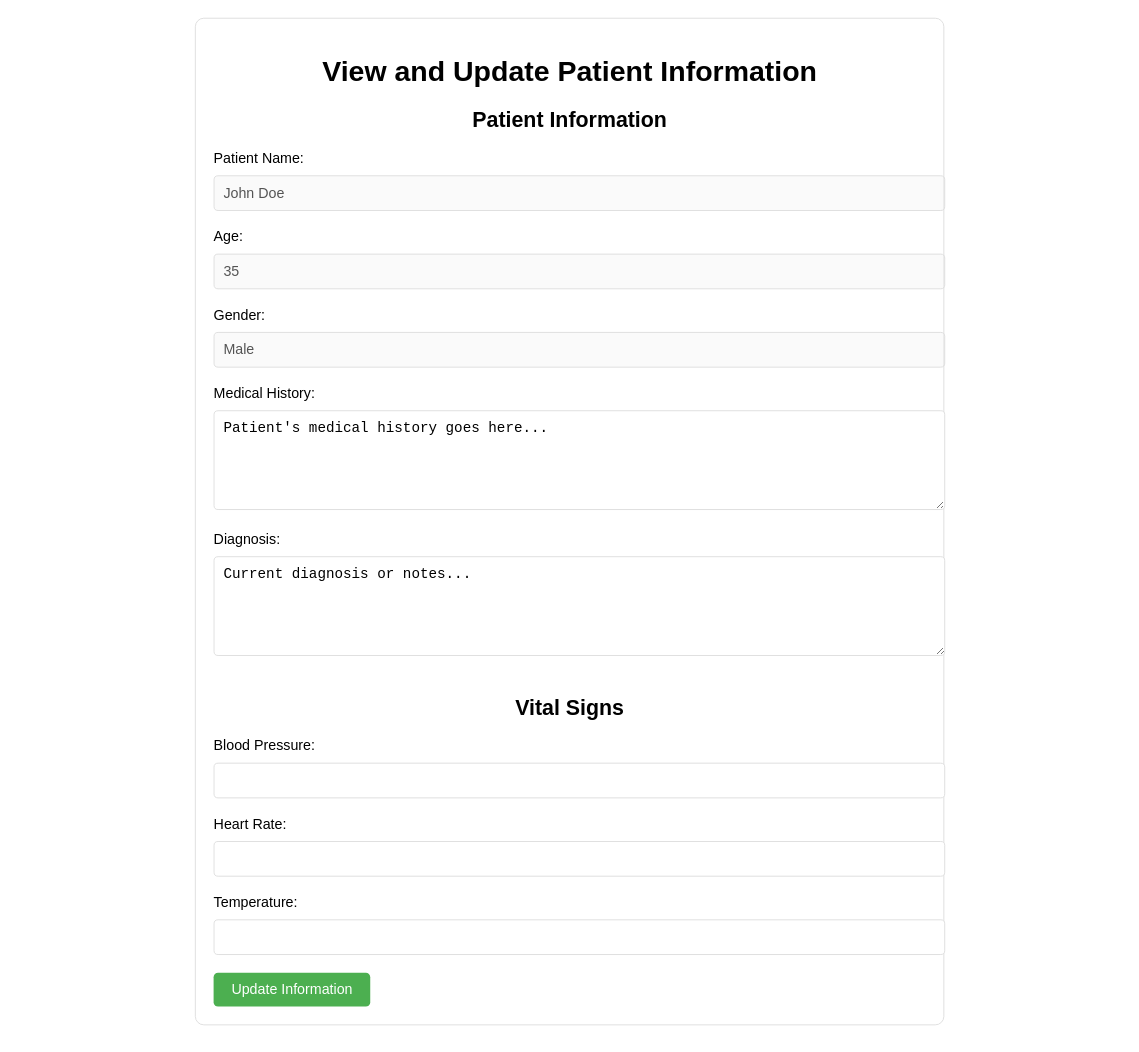
Repository: jaytriggz/Hospital-Management-System
Page: public/view_update_patient_info.html
The author's editor kept a copy of each file at every save. The page is drawn from the files as they stood at one save, then again after the next save.
The browser window is 1280 px wide. The pictures show the whole page, at 89% of full size.

Above is the page before, as saved 2024-07-15 20:08:06.

### public/view_update_patient_info.html
<!DOCTYPE html>
<html lang="en">
<head>
    <meta charset="UTF-8">
    <title>View and Update Patient Information</title>
    <style>
        body {
            font-family: Arial, sans-serif;
            margin: 20px;
        }
        .container {
            max-width: 800px;
            margin: 0 auto;
            padding: 20px;
            border: 1px solid #ddd;
            border-radius: 10px;
        }
        h1, h2 {
            text-align: center;
        }
        label {
            display: block;
            margin-bottom: 10px;
        }
        input[type="text"], textarea {
            width: 100%;
            padding: 10px;
            margin-bottom: 20px;
            border: 1px solid #ddd;
            border-radius: 5px;
            font-size: 16px;
        }
        button {
            padding: 10px 20px;
            background-color: #4CAF50;
            color: white;
            border: none;
            border-radius: 5px;
            cursor: pointer;
            font-size: 16px;
        }
        button:hover {
            background-color: #45a049;
        }
    </style>
</head>
<body>
    <div class="container">
        <h1>View and Update Patient Information</h1>

        <!-- Patient Information Section -->
        <h2>Patient Information</h2>
        <form id="patientInfoForm">
            <label for="patientName">Patient Name:</label>
            <input type="text" id="patientName" name="patientName" value="John Doe" disabled><br>

            <label for="age">Age:</label>
            <input type="text" id="age" name="age" value="35" disabled><br>

            <label for="gender">Gender:</label>
            <input type="text" id="gender" name="gender" value="Male" disabled><br>

            <label for="history">Medical History:</label>
            <textarea id="history" name="history" rows="5">Patient's medical history goes here...</textarea><br>

            <label for="diagnosis">Diagnosis:</label>
            <textarea id="diagnosis" name="diagnosis" rows="5">Current diagnosis or notes...</textarea><br>

            <h2>Vital Signs</h2>
            <label for="bloodPressure">Blood Pressure:</label>
            <input type="text" id="bloodPressure" name="bloodPressure"><br>

            <label for="heartRate">Heart Rate:</label>
            <input type="text" id="heartRate" name="heartRate"><br>

            <label for="temperature">Temperature:</label>
            <input type="text" id="temperature" name="temperature"><br>

            <button type="submit">Update Information</button>
        </form>
    </div>
</body>
</html>

After the next save:
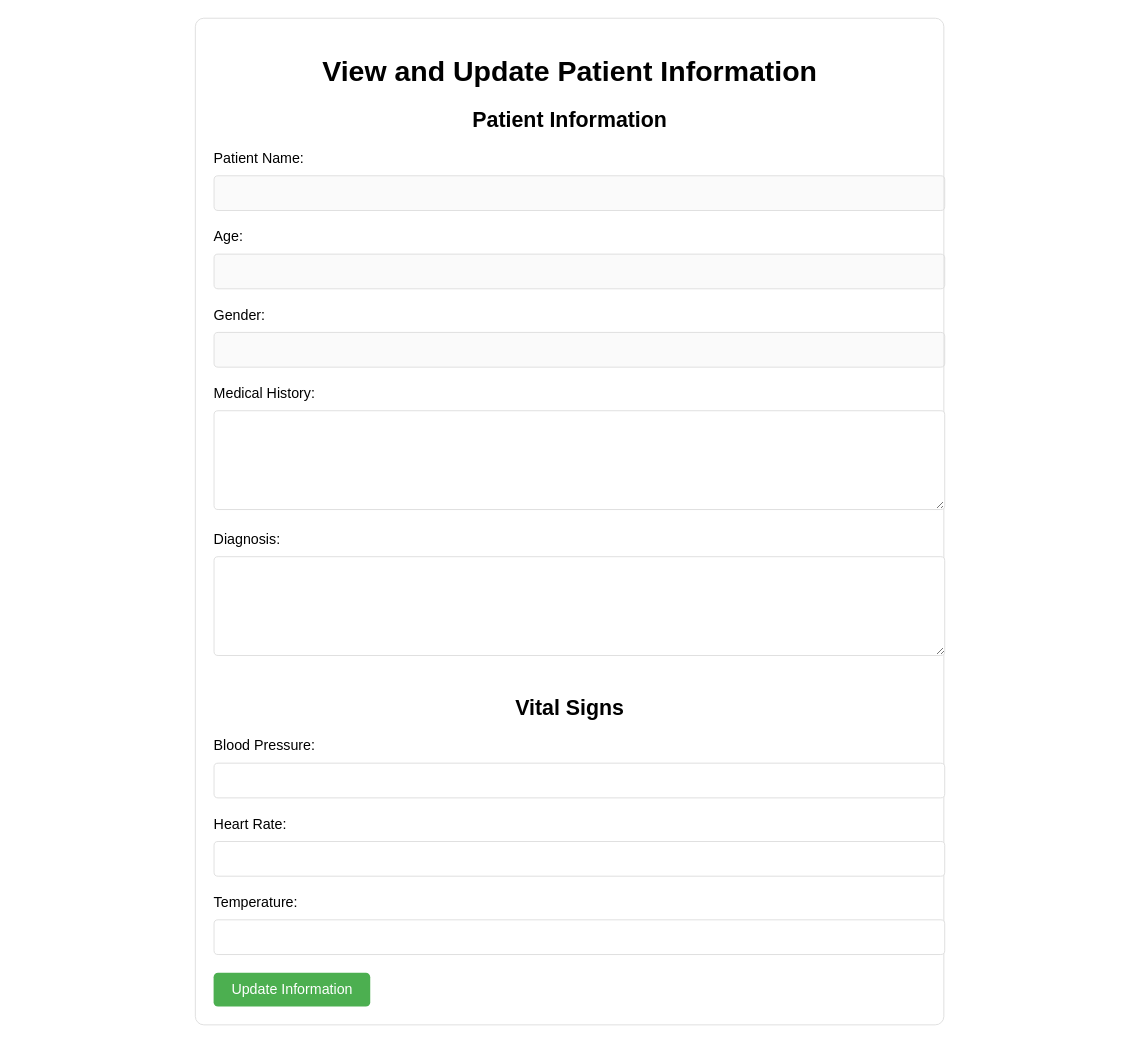
Not found: api/patients/PUT_PATIENT_ID_HERE
Saved 13 min 2 s later.
--- a/public/view_update_patient_info.html
+++ b/public/view_update_patient_info.html
@@ -52,19 +52,19 @@
         <h2>Patient Information</h2>
         <form id="patientInfoForm">
             <label for="patientName">Patient Name:</label>
-            <input type="text" id="patientName" name="patientName" value="John Doe" disabled><br>
+            <input type="text" id="patientName" name="patientName" disabled><br>
 
             <label for="age">Age:</label>
-            <input type="text" id="age" name="age" value="35" disabled><br>
+            <input type="text" id="age" name="age" disabled><br>
 
             <label for="gender">Gender:</label>
-            <input type="text" id="gender" name="gender" value="Male" disabled><br>
+            <input type="text" id="gender" name="gender" disabled><br>
 
             <label for="history">Medical History:</label>
-            <textarea id="history" name="history" rows="5">Patient's medical history goes here...</textarea><br>
+            <textarea id="history" name="history" rows="5"></textarea><br>
 
             <label for="diagnosis">Diagnosis:</label>
-            <textarea id="diagnosis" name="diagnosis" rows="5">Current diagnosis or notes...</textarea><br>
+            <textarea id="diagnosis" name="diagnosis" rows="5"></textarea><br>
 
             <h2>Vital Signs</h2>
             <label for="bloodPressure">Blood Pressure:</label>
@@ -79,5 +79,56 @@
             <button type="submit">Update Information</button>
         </form>
     </div>
+
+    <script>
+        const patientId = 'PUT_PATIENT_ID_HERE';  // Replace with actual patient ID or logic to get it
+
+        document.addEventListener('DOMContentLoaded', function() {
+            fetch(`/api/patients/${patientId}`)
+                .then(response => response.json())
+                .then(patient => {
+                    document.getElementById('patientName').value = patient.name;
+                    document.getElementById('age').value = patient.age;
+                    document.getElementById('gender').value = patient.gender;
+                    document.getElementById('history').value = patient.medicalHistory;
+                    document.getElementById('diagnosis').value = patient.diagnosis;
+                    document.getElementById('bloodPressure').value = patient.vitalSigns.bloodPressure;
+                    document.getElementById('heartRate').value = patient.vitalSigns.heartRate;
+                    document.getElementById('temperature').value = patient.vitalSigns.temperature;
+                })
+                .catch(error => {
+                    console.error('Error:', error);
+                });
+        });
+
+        document.getElementById('patientInfoForm').addEventListener('submit', function(event) {
+            event.preventDefault();
+
+            const updatedData = {
+                medicalHistory: document.getElementById('history').value,
+                diagnosis: document.getElementById('diagnosis').value,
+                vitalSigns: {
+                    bloodPressure: document.getElementById('bloodPressure').value,
+                    heartRate: document.getElementById('heartRate').value,
+                    temperature: document.getElementById('temperature').value
+                }
+            };
+
+            fetch(`/api/patients/${patientId}`, {
+                method: 'PUT',
+                headers: {
+                    'Content-Type': 'application/json'
+                },
+                body: JSON.stringify(updatedData)
+            })
+            .then(response => response.json())
+            .then(data => {
+                alert('Patient information updated successfully!');
+            })
+            .catch(error => {
+                console.error('Error:', error);
+            });
+        });
+    </script>
 </body>
 </html>
